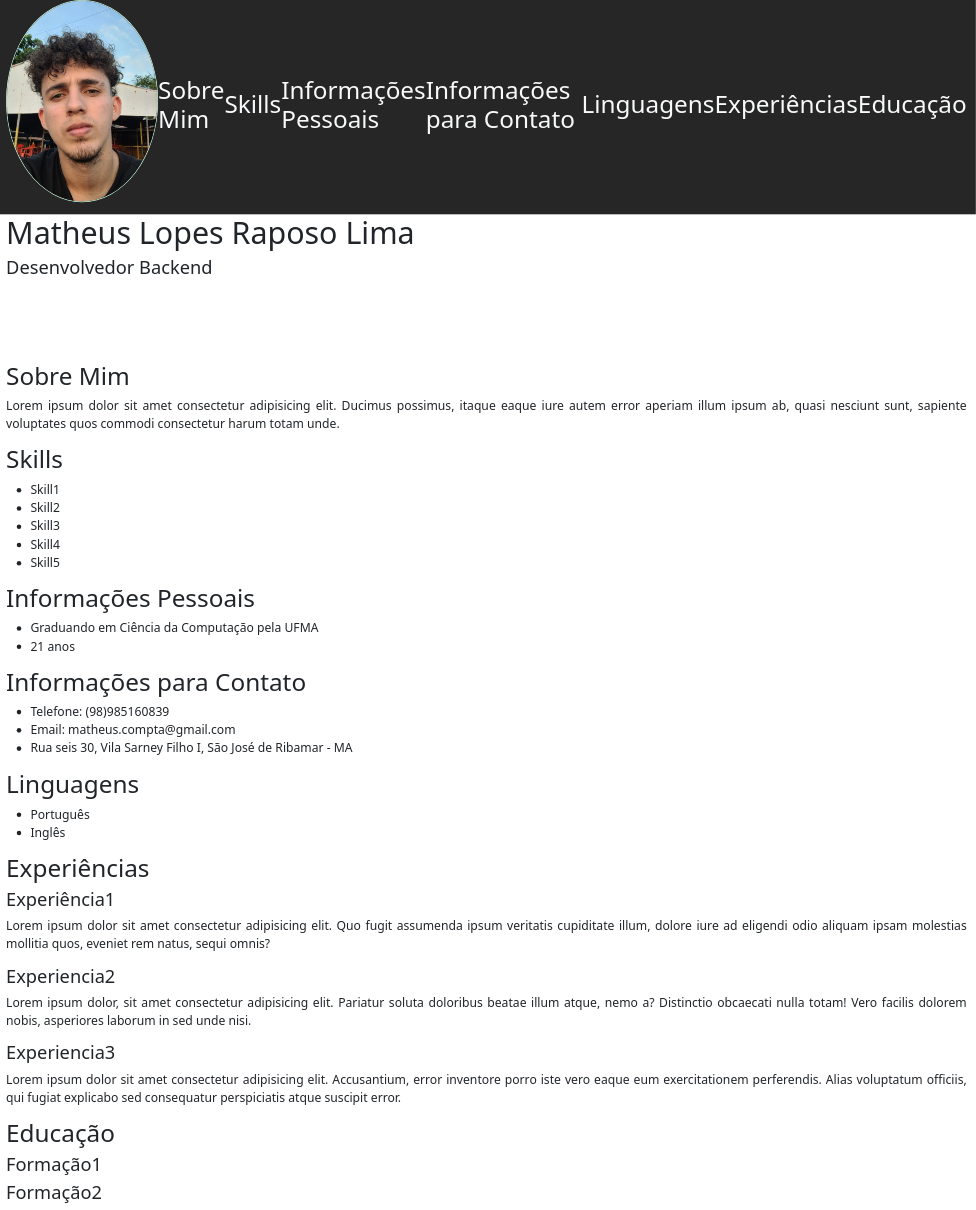
Repository: MaatheusRaposo/Curriculo_Web
Page: index.html
The author's editor kept a copy of each file at every save. The page is drawn from the files as they stood at one save, then again after the next save.
The browser window is 1280 px wide. The page is 1284 px wide, then 1280 px, so the pictures cover 1284 px, including what lies to the right of the window. The pictures show the whole page, at 76% of full size.

Above is the page before, as saved 2026-05-28 00:40:30.

### index.html
<!DOCTYPE html>
<html lang="en">
<head>
    <meta charset="UTF-8">
    <meta name="viewport" content="width=device-width, initial-scale=1.0">
    <title>Curriculo Matheus Raposo</title>
    <link href="https://cdn.jsdelivr.net/npm/bootstrap@5.3.8/dist/css/bootstrap.min.css" rel="stylesheet" integrity="sha384-sRIl4kxILFvY47J16cr9ZwB07vP4J8+LH7qKQnuqkuIAvNWLzeN8tE5YBujZqJLB" crossorigin="anonymous">
    <link rel="stylesheet" href="assets/css/style.css">
</head>
<body>
    <div class="container-fluid px-2">
        <div class="row align-items-stretch min-vh-100">
            <div class="col text-light d-flex flex-column" id="coluna-esquerda">
                <div class="d-flex justify-content-center align-items-center">
                    <img class="foto-perfil position-relative mb-3" src="assets/images/20230725_175129.jpg" alt="">
                    <h2>Sobre Mim</h2>
                    <h2>Skills</h2>
                    <h2>Informações Pessoais</h2>
                    <h2>Informações para Contato</h2>
                    <h2>Linguagens</h2>
                    <h2>Experiências</h2>
                    <h2>Educação</h2>
                </div>
            </div>
            <div class="col d-flex flex-column" id="coluna-direita">
                <section>
                    <h1>Matheus Lopes Raposo Lima</h1>
                    <h4>Desenvolvedor Backend</h4>
                </section>
                <div class="d-flex justify-content-center flex-column mt-3 espacamento-classes">
                    <section>
                        <h2>Sobre Mim</h2>
                        <p>Lorem ipsum dolor sit amet consectetur adipisicing elit. Ducimus possimus, itaque eaque iure autem error aperiam illum ipsum ab, quasi nesciunt sunt, sapiente voluptates quos commodi consectetur harum totam unde.</p>
                    </section>
                    <section>
                        <h2>Skills</h2>
                        <ul>
                            <li>Skill1</li>
                            <li>Skill2</li>
                            <li>Skill3</li>
                            <li>Skill4</li>
                            <li>Skill5</li>
                        </ul>
                    </section>
                    <section>
                        <h2>Informações Pessoais</h2>
                        <ul>
                            <li>Graduando em Ciência da Computação pela UFMA</li>
                            <li>21 anos</li>
                        </ul>
                    </section>
                    <section>
                        <h2>Informações para Contato</h2>
                        <ul>
                            <li>Telefone: (98)985160839</li>
                            <li>Email: matheus.compta@gmail.com</li>
                            <li>Rua seis 30, Vila Sarney Filho I, São José de Ribamar - MA</li>
                        </ul>
                    </section>
                    <section>
                        <h2>Linguagens</h2>
                        <ul>
                            <li>Português</li>
                            <li>Inglês</li>
                        </ul>
                    </section>
                    <section>
                        <h2>Experiências</h2>
                        <section>
                            <h4>Experiência1</h4>
                            <p>Lorem ipsum dolor sit amet consectetur adipisicing elit. Quo fugit assumenda ipsum veritatis cupiditate illum, dolore iure ad eligendi odio aliquam ipsam molestias mollitia quos, eveniet rem natus, sequi omnis?</p>
                        </section>
                        <section>
                            <h4>Experiencia2</h4>
                            <p>Lorem ipsum dolor, sit amet consectetur adipisicing elit. Pariatur soluta doloribus beatae illum atque, nemo a? Distinctio obcaecati nulla totam! Vero facilis dolorem nobis, asperiores laborum in sed unde nisi.</p>
                        </section>
                        <section>
                            <h4>Experiencia3</h4>
                            <p>Lorem ipsum dolor sit amet consectetur adipisicing elit. Accusantium, error inventore porro iste vero eaque eum exercitationem perferendis. Alias voluptatum officiis, qui fugiat explicabo sed consequatur perspiciatis atque suscipit error.</p>
                        </section>
                    </section>
                    <section>
                        <h2>Educação</h2>
                        <section>
                            <h4>Formação1</h4>
                        </section>
                        <section>
                            <h4>Formação2</h4>
                        </section>
                    </section>
                </div>
            </div>
        </div>
    </div>

    <script src="https://cdn.jsdelivr.net/npm/bootstrap@5.3.8/dist/js/bootstrap.bundle.min.js" integrity="sha384-FKyoEForCGlyvwx9Hj09JcYn3nv7wiPVlz7YYwJrWVcXK/BmnVDxM+D2scQbITxI" crossorigin="anonymous"></script>
    <script src="app.js"></script>
    <noscript>Voce precisa tivar o JavaScript para ver o curriculo perfeitamente</noscript>
</body>
</html>

### assets/css/style.css
.foto-perfil {
    max-width: 200px;
    border: 1px solid #CEFFE4;
    border-radius: 100%;
}

#coluna-esquerda {
    background-color: #262626;
}

@media screen and (min-width: 768px) {
    .espacamento-classes {
        margin-top: 100px !important;
    }
}

.espacamento-classes {
    text-align: justify;
}

Loaded but not shown: app.js (no stored copy; drawn as an empty file)

After the next save:
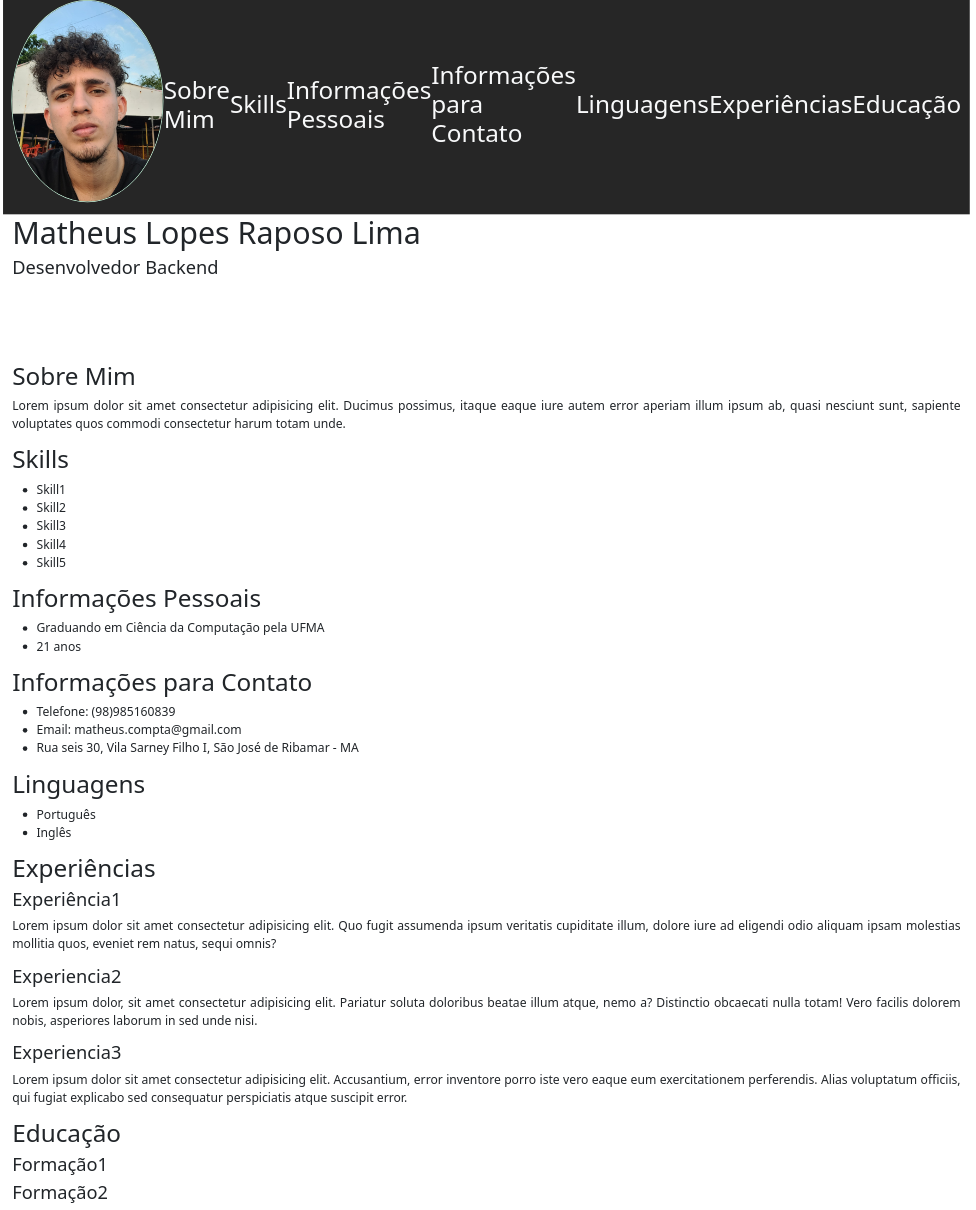
Saved 12 s later.
--- a/index.html
+++ b/index.html
@@ -8,7 +8,7 @@
     <link rel="stylesheet" href="assets/css/style.css">
 </head>
 <body>
-    <div class="container-fluid px-2">
+    <div class="container-fluid px-3">
         <div class="row align-items-stretch min-vh-100">
             <div class="col text-light d-flex flex-column" id="coluna-esquerda">
                 <div class="d-flex justify-content-center align-items-center">
